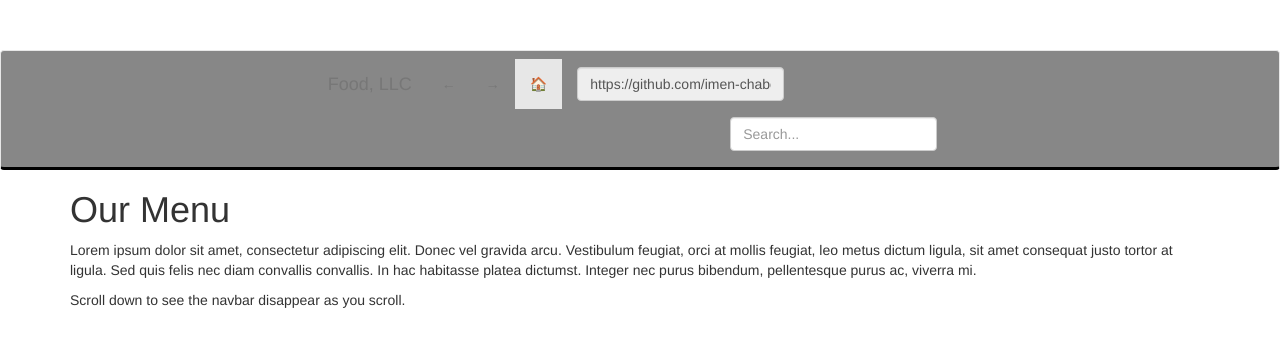
Repository: imen-chabchoub/coursera-test1
Page: mod3-solution/index.html
These files come from the project's save history. The page is drawn as it stood at one moment and after the next save; the edit follows.
The browser window is 1280 px wide. The pictures show the whole page.

Above is the page before, as saved 2025-02-12 14:32:43.

After the next save:
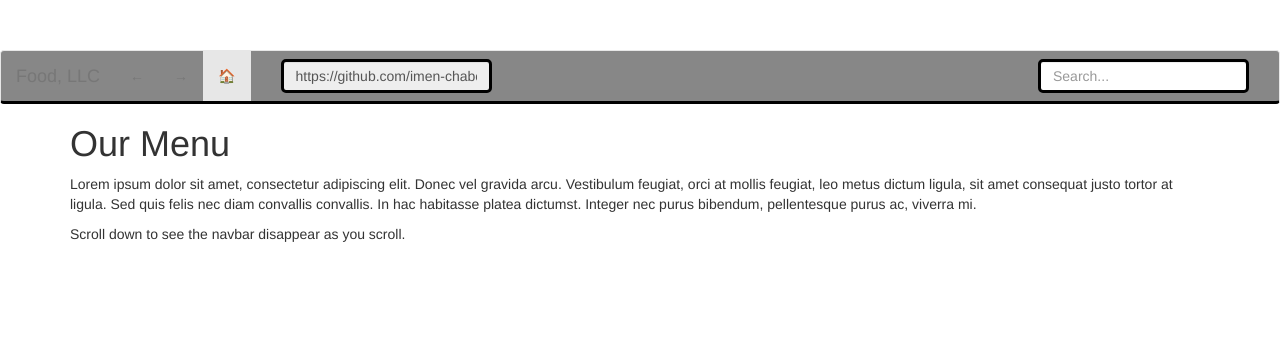
Saved 10 s later.
--- a/mod3-solution/css/style.css
+++ b/mod3-solution/css/style.css
@@ -4,10 +4,6 @@ body {
 
 .navbar {
     margin-bottom: 0;
-    display: flex;
-    justify-content: space-between;
-    align-items: center;
-    padding: 8px 20px;
     background-color: #878787;
     border-bottom: black solid;
 }
@@ -16,29 +12,18 @@ body {
     text-align: center;
     width: 100%;
 }
+
 .nav-url {
-    flex-grow: 2;
-
-}
-
-.nav-url input {
-    width: 90%;
-    padding: 8px;
-    border:black solid;
+    width: 40%;
+    margin: 0 15px;
+    border: black solid;
     border-radius: 5px;
-    margin: 0 15px;
     font-size: 14px;
     background-color: #f0f0f0;
 }
 
 .search {
-    flex-basis: 150px;
+    width: 150px;
+    border: black solid;
+    border-radius: 5px;
 }
-
-.search input {
-    width: 100%;
-    padding: 8px;
-    border:black solid;
-    border-radius: 5px;
-
-}
